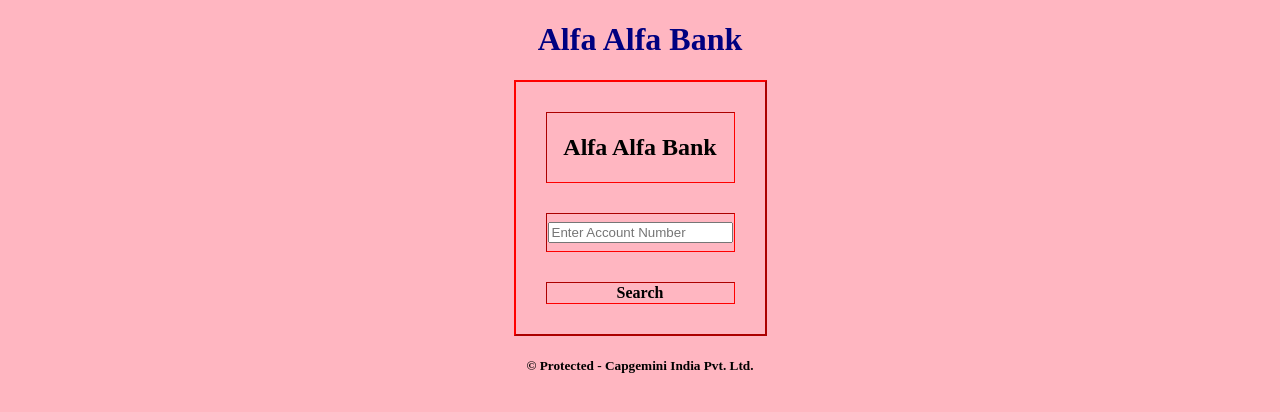
Repository: Rccalfa123/OnlineBankingApp
Page: http://localhost/AlfaAlfaBankApp/searchAccount.jsp
An editor plug-in stored every save of this project. The page is shown before and after the next save, followed by the edit.
The browser window is 1280 px wide. The pictures show the whole page.
The page is served by Tomcat 9.

Above is the page before, as saved 2018-08-10 11:19:49.

After the next save:
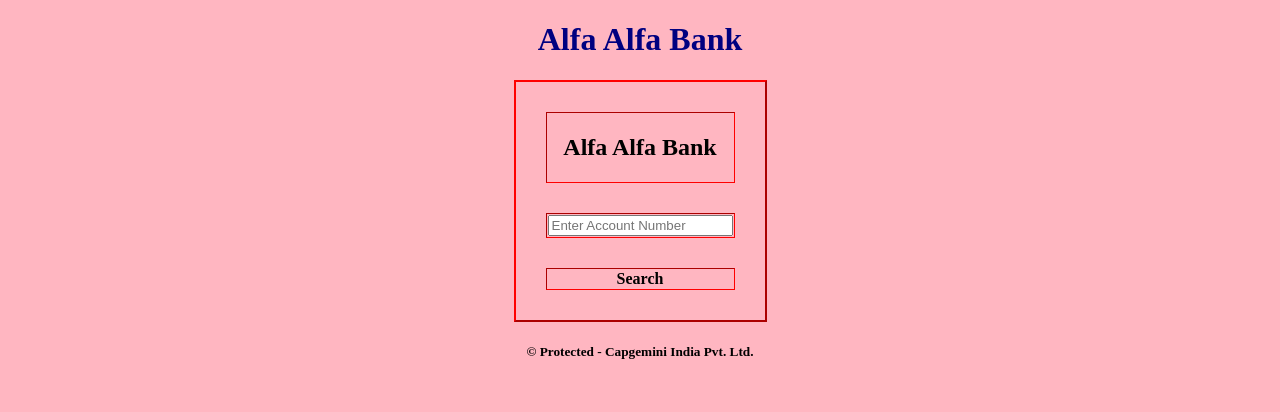
Saved 58 s later.
--- a/AlfaAlfaBankApp/WebContent/searchAccount.jsp
+++ b/AlfaAlfaBankApp/WebContent/searchAccount.jsp
@@ -20,7 +20,7 @@
 				</tr>
 
 				<tr>
-					<th colspan="6" height="35"> <input type="number" name="typedAccount"  placeholder="Enter Account Number"></th>
+					<th> <input type="number" name="typedAccount"  placeholder="Enter Account Number"></th>
 				</tr>
 
 				<tr>
